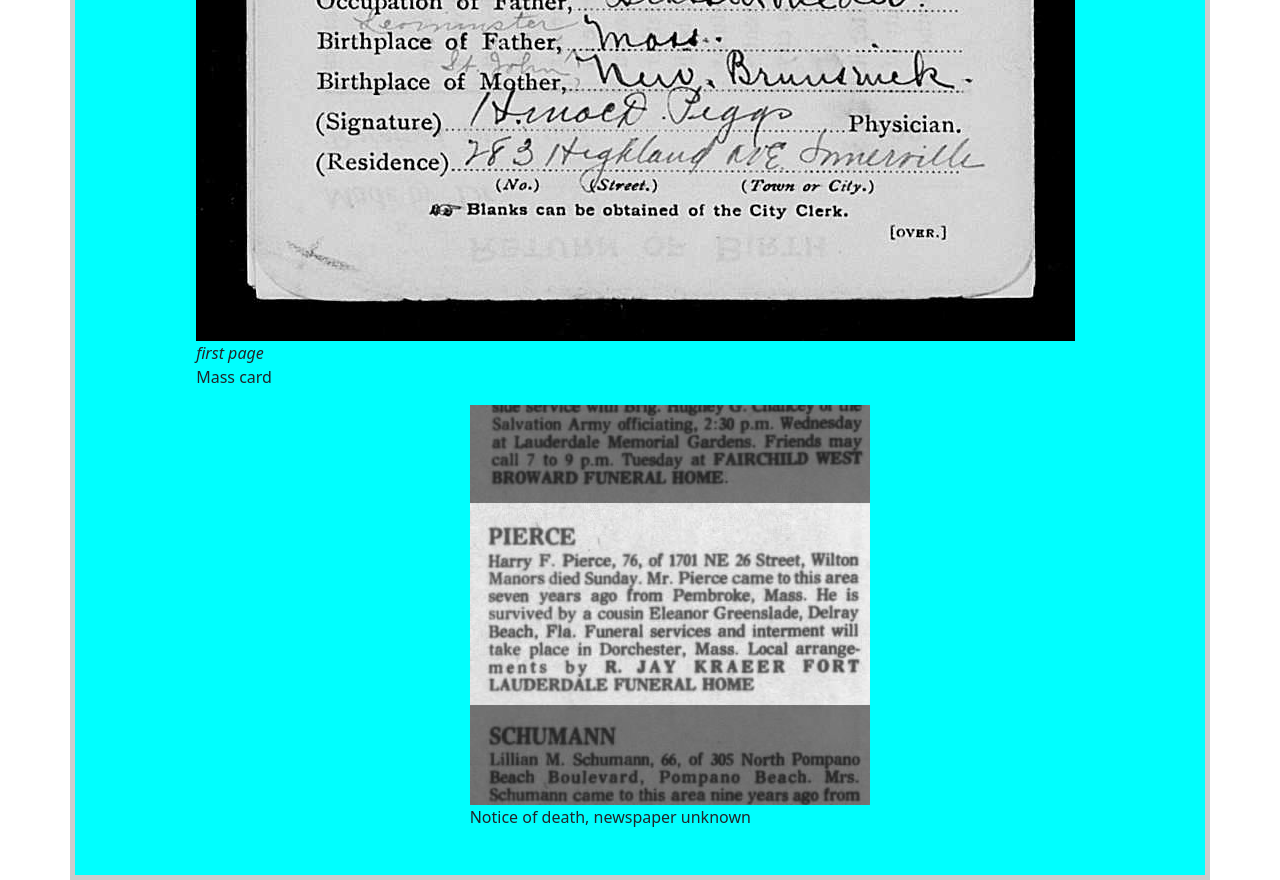
Repository: George2916/GreensladeFamilyTree
Page: photoDocsHarryFrederickPierce.html
The author's editor kept a record of every edit. The page is drawn from the files as they stood at one moment, then again after the next edit.
The browser window is 1280 px wide. The pictures show the part of the page from y = 1124 to 2076 px (the page is 2004 px tall before and 2076 px after).
A picture or video elsewhere on the page could not be fetched, so the positions and the page height are approximate.

Above is the page before.

### photoDocsHarryFrederickPierce.html
<!doctype html>
<html lang="en">
<head>

    <meta charset="utf-8">
    <meta http-equiv="X-UA-Compatible" content="IE-edge">
    <meta name="viewport" content="width=device-width, initial-scale=1">
    <!--[if lt IE 9]
        <script src="https://oss.maxcdn.com/html5shiv/3.7.2/html5shiv.min.js"></script>
        <script src="https://oss.maxcdn.com/respond/1.4.2/respond.min.js"></script>
    <![endif]-->

    <link rel="stylesheet" type="text/css" href="css/bootstrap.css">
    <link rel="stylesheet" type="text/css" href="css/myStyle.css">

<title>Harry Frederick Pierce - Documents</title>

</head>
<body>

<div class="container background">

    <div class="row">

        <div class="col-1" >
        </div>

        <div class="col-10">
            <h6 id="headingZZZ">Harry Frederick Pierce</h6>
        </div>

  		<div class="col-1">
  		    <button onclick="goingBack()" id="btn-ZZZ"><!--&times; &#10006;-->&#x2715;</button>
        </div>

    </div>

    <div class="row"><!--first row-->

        <div class="col-12 col-md-4">
        </div>

        <div class="col-12 col-md-5">
            <img class="img-fluid" src="images/.jpg">
            <p>Birth certificate<br></p>
        </div>

        <div class="col-12 col-md-3">
        </div>

    </div><!--closes first row-->

    <div class="row" id="HFP(2)"><!--second row-->

        <div class="col-12 col-md-1">
        </div>

        <div class="col-12 col-md-10">
            <div id="p1of2" onclick="twoPageFirstFlip()">
                <img class="img-fluid hover" src="images/birthCertHarryFrederickPierce(1A).jpg">
                 <p><i>first page</i><br>Mass card<p>
            </div>

            <div class="pic-back" id="p2of2" onclick="twoPageUnflip()">
                <img class="img-fluid hover" src="images/birthCertHarryFrederickPierce(1B).jpg">
                <p><i>back</i><p>
            </div>

        </div><!--closes .col-12 col-md-10-->

        <div class="col-12 col-md-1">
        </div>

    </div><!--closes second row-->

    <div class="row" id="HFP(2)"><!--second row-->

        <div class="col-12 col-md-4">
        </div>

        <div class="col-12 col-md-5">
            <img class="img-fluid" src="images/deathNoticeHarryFrederickPierce.jpg">
            <p>Notice of death, newspaper unknown</p>
        </div>

        <div class="col-12 col-md-3">
        </div>

    </div><!--closes second row-->

</div> <!--closes container-->

<script src="js/bootstrap.js"></script>
<script src="js/myJavascript.js"></script>

</body>
</html>

### css/myStyle.css
/*STYLING FOR INDEX.HTML*/

.tree {width: 44500px;}

.George1 {
	background: #00FFFF;
	border: 1px solid #ccc;
	border-radius: 5px;
	-webkit-border-radius: 5px;
	-moz-border-radius: 5px;
	-o-border-radius: 5px;
	color: #666;
	display: inline-block;
	font-family: arial, verdana, tahoma;
	font-size: 11px;
	height: 50px;
	margin-right: -4px;
	text-decoration: none;
	vertical-align: text-bottom;
	width: 180px;
}

.George1 p {text-align: center;}

.George2 {
	background: white;
	display: inline-block;
	font-family: arial, verdana, tahoma;
	font-size: 11px;
	height: 50px;
	margin-right: -4px;
	text-align: center;
	vertical-align: text-bottom;
	width: 180px;
}

.George2 svg {overflow: visible;}

.George3::after {
	content: '';
    position: relative;
    top: 50%;
    border-top: 3px dashed lightblue;
    display: block;
}

.George4 {
	background: white;
	border: 1px solid white;
	color: blue;
	display: inline-block;
	font-family: arial, verdana, tahoma;
	font-size: 13px;
	height: 50px;
	margin-right: -4px;
	padding: 15px;
	text-align: center;
	vertical-align: text-bottom;
	width: 180px;
}

.George5 {position: relative;}

.sticky {
	position: sticky;
	left:0;
	z-index:10;
}

.divorceSign {
	font-size: 225%;
	letter-spacing: -5.5px;
	line-height: 110%;
}

.marriageSign {
	font-size: 225%;
	letter-spacing: -6px;
	line-height: 110%;
}

.marriageSignELKnight {
	font-size: 225%;
	letter-spacing: -6px;
	line-height: 50%;
	padding-bottom: 20px;
}

/*the next 5 divs create the lines to the left and right of GAG, born 1864 and GG, born about 1833*/

.lineGAG1 {
  width: 60px;
  background: #ccc;
  height: 2px;
  display: inline-block;
  margin-bottom: 2.5px;
}

.pointGAG1 {
  width: 0;
  height: 0;
  border-top: 5px solid transparent;
  border-bottom: 5px solid transparent;
  border-left: 10px solid #ccc;
  display: inline-block;
  margin-bottom: -1px;
  margin-right: -4px;
  transform: rotate(180deg);
  -moz-transform: rotate(180deg);
  -o-transform: rotate(180deg);
  -webkit-transform: rotate(180deg);
}

.marriageGAG{
	display: inline-block;
	margin-top: 22px;
}

.lineGAG2 {
  width: 60px;
  background: #ccc;
  height: 2px;
  display: inline-block;
  margin-bottom: 2.5px;
  margin-right: -4px;
}

.pointGAG2 {
  width: 0;
  height: 0;
  border-top: 5px solid transparent;
  border-bottom: 5px solid transparent;
  border-left: 10px solid #ccc;
  display: inline-block;
  margin-bottom: -1px;
}

.upperRight a {
	position: absolute;
	bottom: 102.5%;
	color: #666;
	text-decoration: none;
}

.upperRightArrow {font-size: 125%;}

.docLink {
	color: black;
	text-decoration: none;
}

.docLink:hover {
	color: black;
	font-weight: 500;
	text-decoration: none;
}

.progenyLink {
	color: #666;
	text-decoration: none;
}

/*moreInfoZero used for people with neither birth nor death date, moreInfoOne used for people with one or the other, moreInfoTwo used for people with both*/

.moreInfoZero a {
	position: relative;
	bottom: -16px;
	left: 1px;
	color: #666;
	text-decoration: none;
	z-index: 2;
}

.moreInfoOne a {
	position: relative;
	bottom: 0;
	left: 1px;
	color: #666;
	text-decoration: none;
	z-index: 2;
}

.moreInfoTwo a {
	position: relative;
	bottom: 16px;
	left: 1px;
	color: #666;
	text-decoration: none;
	z-index: 2;
}

.moreInfoZero a:hover, .moreInfoOne a:hover, .moreInfoTwo a:hover, .progenyLink:hover, .upperRight a:hover, .upperRightKo a:hover, .upperRightWestacott a:hover {
	color: black;
	text-decoration: none;
}

.moreInfoArrow {
	font-size: 125%;
}

/* make text of "More Info" and "Pictures(1)" under George Aflred Greenslade, born 1864 smaller when viewed on smaller devices */

@media only screen and (max-width: 435px) {
  #smallFont {font-size: 95%}
}

/*STYLING FOR KO FAMILY TREE*/

.Ktree {width: 1300px;}

.ko1 {
	background: #FF7034;
	border-radius: 5px;
	-webkit-border-radius: 5px;
	-moz-border-radius: 5px;
	-o-border-radius: 5px;
	font-family: 'Itim', arial, verdana;
	font-size: 18px;
	height: 50px;
	margin: 5px 0px 5px 6px;
	padding-top: 10px;
	text-align: center;
	width: 906px;
}

.ko2 {width: 180px;}

.upperRightKo a {
	position: absolute;
	bottom: 77.7%;
	color: #666;
	text-decoration: none;
}

.indentKo {
	padding: 150px;
}

/*STYLING FOR DUFFY, LEO GARCIA, SCHNEIDER AND SIDOROFF FAMILY TREES*/

.duffyTree {width: 3900px;}

.LGtree {width: 1350px;}

.SchnTree {width: 945px;}

.stevensTree {width: 2400px;}

/*.duffy1A - 1C are used to create the colors of the Irish flag on Duffy family tree*/

.duffy1A {
	background: #169B62;
	border-radius: 5px 0px 0px 5px;
	-webkit-border-radius: 5px 0px 0px 5px;
	-moz-border-radius: 5px 0px 0px 5px;
	-o-border-radius: 5px 0px 0px 5px;
	display: inline-block;
	height: 71px;
	margin: 25px -185px -25px 850px;
	width: 600px;
	vertical-align: text-bottom;
}

.duffy1B {
	background: #f0ead6;
	display: inline-block;
	font-family: 'Itim', arial, verdana;
	font-size: 18px;
	height: 50px;
	margin: 5px -2px 5px -2px;
	padding-top: 10px;
	text-align: center;
	/* width: 300px; */
	width: 600px;
	vertical-align: text-bottom;
}

.duffy1C {
	background: #FF883E;
	border-radius: 0px 5px 5px 0px;
	-webkit-border-radius: 0px 5px 5px 0px;
	-moz-border-radius: 0px 5px 5px 0px;
	-o-border-radius: 0px 5px 5px 0px;
	display: inline-block;
	height: 71px;
	margin: 5px 0px -25px -5px;
	width: 600px;
	vertical-align: text-bottom;
}

/*.leoGarcia1A - 1C are used to create the colors of the Peruvian flag on the Leo Garcia family tree*/

.leoGarcia1A {
	background: #D91023;
	border-radius: 5px 0px 0px 5px;
	-webkit-border-radius: 5px 0px 0px 5px;
	-moz-border-radius: 5px 0px 0px 5px;
	-o-border-radius: 5px 0px 0px 5px;
	display: inline-block;
	height: 50px;
	margin: 5px -3px 5px 0px;
	width: 420px;
	vertical-align: text-bottom;
}

.leoGarcia1B {
	background: #f0ead6;
	display: inline-block;
	font-family: 'Itim', arial, verdana;
	font-size: 18px;
	height: 50px;
	margin: 5px -1px 5px -1px;
	padding-top: 10px;
	text-align: center;
	width: 420px;
	vertical-align: text-bottom;
}

.leoGarcia1C {
	background: #D91023;
	border-radius: 0px 5px 5px 0px;
	-webkit-border-radius: 0px 5px 5px 0px;
	-moz-border-radius: 0px 5px 5px 0px;
	-o-border-radius: 0px 5px 5px 0px;
	display: inline-block;
	height: 50px;
	margin: 5px 3px 5px -3px;
	width: 420px;
	vertical-align: text-bottom;
}

.sidoroff1 {
	background: #FF7034;
	border-radius: 5px;
	-webkit-border-radius: 5px;
	-moz-border-radius: 5px;
	-o-border-radius: 5px;
	font-family: 'Itim', arial, verdana;
	font-size: 18px;
	height: 50px;
	margin: 5px 0px 5px 0;
	padding-top: 10px;
	text-align: center;
	width: 1084px;
}

.stevens1 {
	background: #FF7034;
	border-radius: 5px;
	-webkit-border-radius: 5px;
	-moz-border-radius: 5px;
	-o-border-radius: 5px;
	font-family: 'Itim', arial, verdana;
	font-size: 18px;
	height: 50px;
	margin: 5px 0px 5px 720px;
	padding-top: 10px;
	text-align: center;
	width: 904px;
}

/* STYLING FOR MORRISON FAMILY TREE*/

.Mtree {width: 9400px;}

.morrison1 {
	background: #FF7034;
	border-radius: 5px;
	-webkit-border-radius: 5px;
	-moz-border-radius: 5px;
	-o-border-radius: 5px;
	font-family: 'Itim', arial, verdana;
	font-size: 18px;
	height: 50px;
	margin: 5px 0px 5px 2345px;
	padding-top: 15px;
	text-align: center;
	width: 1442px;
}

.indentElizabethLillianKnightDocs {padding-left: 250px;}

/*STYLING FOR WESTACOTT FAMILY TREE*/

.westacott1 {
	background: #FF7034;
	border-radius: 5px;
	-webkit-border-radius: 5px;
	-moz-border-radius: 5px;
	-o-border-radius: 5px;
	font-family: 'Itim', arial, verdana;
	font-size: 18px;
	height: 50px;
	margin: 5px 0px 5px 192px;
	padding-top: 10px;
	text-align: center;
	width: 540px;
}

.upperRightWestacott a {
	position: absolute;
	bottom: 61.5%;
	color: #666;
	text-decoration: none;
}

/*STYLING FOR MODALS*/

.modal-Info > div 	{
  	padding: 0px 20px 0px 20px;
	border: 2px solid #ccc;
	border-radius: 10px;
	-webkit-border-radius: 10px;
	-moz-border-radius: 10px;
	-o-border-radius: 10px;
	background: linear-gradient(#00FFFF, #ccfff2);
	background: -moz-linear-gradient(#00FFFF, #ccfff2);
	background: -webkit-linear-gradient(#00FFFF, #ccfff2);
	background: -o-linear-gradient(#00FFFF, #ccfff2);
 }

@media only screen and (max-width: 500px) {
   #shakespeareQuotes, #poem1, #poem2  {
    font-size: 70%;
  }
}

@media only screen and (max-width: 575px) and (min-width: 501px){
   #shakespeareQuotes, #poem1, #poem2  {
    font-size: 80%;
  }
}

.modal-Photo > div {margin: 10% auto;
 	padding: 5px 20px 13px 20px;
	border: 2px solid #ccc;
	border-radius: 10px;
	-webkit-border-radius: 10px;
	-moz-border-radius: 10px;
	-o-border-radius: 10px;
	background: #00FFFF;
}

.borderBottomModalPhoto {
	border-bottom: 2px solid #0080ff;
}

.modal-header {border-bottom: 2px solid #0080ff;}

.close {
	color: #000;
	font-family: arial, verdana, tahoma;
	font-size: 140%;
	opacity: 0.5;
	position: absolute;
	right: 12px;
	top: 25px;
	text-decoration: none;
	width: 36px;
}

/*modals with tabs*/

.btn-close:focus {
	box-shadow: none;
}

.tabHeading {
	color: #000000 !important;
	/* important is need for color because iphones default color is light blue*/
	border-radius: 100px;
	-webkit-border-radius: 100px;
	-moz-border-radius: 100px;
	-o-border-radius: 100px;
	outline: none !important;
    border: none !important;
	background: #0080ff;
	height: 40px;
	margin: 4px 0px;
	width: 100px;
}

.tabHeading:hover {
	cursor: grab;
	font-weight: 900;
}

.highlightedTab {background: #0000ff;
	border-radius: 100px;
	-webkit-border-radius: 100px;
	-moz-border-radius: 100px;
	-o-border-radius: 100px;
	font-weight: 700;
}

.highlightedTab:focus {
	outline: none !important;
    border: none !important;
}

/*STYLING FOR PHOTO[NAME].HTML AND PHOTODOCS[NAME].HTML */

@media only screen and (max-width: 576px) {
  .col-12 > p, .col-12 > div > p, .carousel-item > p  {font-size: 85%}
}

.img-responsive {
	max-width: 100%;
	height: auto;
	display: block;
}

.borderBottom {border-bottom: 8px solid #ccc;}

.pic-back {display: none;}

.background {background: #00FFFF;
	border: 5px solid #ccc;
	padding: 30px;
}

.center {text-align: center;}

.hover:hover {
	cursor: grab;
}

.heading {
	font-family: arial, verdana, tahoma;
	text-align: center;
}

/*the next 6 items create the styling for the button at the top of photo[name].html, photoDocs[name].html and carouselGeorgeAlfredGreensladeII.html*/

#headingZZZ {
	font-family: arial, verdana, tahoma;
	padding-top: 5px;
 	text-align: center;
}

#btn-ZZZ {
 	background: #00FFFF;
	border-style: hidden;
	color: #000;
	font-family: arial, verdana, tahoma;
	font-size: 140%;
	opacity: 0.5;
}

#btn-AAA {
	background: #9B533B;
	border-style: hidden;
	color: #000;
	font-family: arial, verdana, tahoma;
	font-size: 140%;
	opacity: 0.5;
}

#btn-ZZZ:hover {
	cursor: grab;
	opacity: 1.0;
}

#btn-AAA:hover {
	background: #00FFFF;
	cursor: grab;
	opacity: 1.0;
}

@media only screen and (max-width: 575px) {
   #headingZZZ {
    font-size: 85%;
  }

  #btn-ZZZ, #btn-AAA:hover {
  	font-size: 100%;}
}

/* STYLING FOR photoRichardGreenslade.html */

.noDisplay {
	visibility: hidden;
}

/*STYLING FOR photoWayneKnight.html*/

@media only screen and (min-device-width: 300px) {
  .wayneKnightPhoto {
    height: 170px;
    width: auto;
  }
}

@media only screen and (min-device-width: 350px) {
  .wayneKnightPhoto {
    height: 200px;
    width: auto;
  }
}

@media only screen and (min-device-width: 440px) {
  .wayneKnightPhoto {
    height: 260px;
    width: auto;
  }
}

@media only screen and (min-device-width: 500px) {
  .wayneKnightPhoto {
    height: 290px;
    width: auto;
  }
}

@media only screen and (min-device-width: 576px) {
  .wayneKnightPhoto {
    height: 320px;
    width: auto;
  }
}

@media only screen and (min-device-width: 768px) {
  .wayneKnightPhoto {
    height: 190px;
    width: auto;
  }
}

@media only screen and (min-device-width: 992px) {
  .wayneKnightPhoto {
    height: 250px;
    width: auto;
  }
}

@media only screen and (min-device-width: 1200px) {
  .wayneKnightPhoto {
    height: 320px;
    width: auto;
  }
}

@media only screen and (min-device-width: 1400px) {
  .wayneKnightPhoto {
    height: 350px;
    width: auto;
  }
}

/*STYLING FOR carouselGeorgeGreensladeII.html and photoDocs[name].html for BelleHinks, CarolinaVirginiaGreenslade and GeorgeGreensladeBorn1864*/

@media only screen and (min-width: 992px) {
	.BHcarousel-indicators {
		padding-bottom: 40px;
}
}

@media only screen and (min-width: 350px) {
	.GAGIcarousel-indicators {
		padding-bottom: 90px;
}
}

@media only screen and (min-width: 400px) {
	.GAGIcarousel-indicators {
		padding-bottom: 70px;
}
}

@media only screen and (min-width: 450px) {
	.GAGIcarousel-indicators {
		padding-bottom: 50px;
}
}

@media only screen and (min-width: 500px) {
	.GAGIcarousel-indicators {
		padding-bottom: 40px;
}
}

.carouselContainerGG {
	background: #9B533B;
	border: 4px solid #ccc;
	border-radius: 10px;
	-webkit-border-radius: 10px;
	-moz-border-radius: 10px;
	-o-border-radius: 10px;
}

@media only screen and (max-width: 767px) {
	.carouselGG {
		height: 400px;
		width: 100%;
		object-fit: contain;
}
}

@media only screen and (min-width: 768px) {
	.carouselGG {
		height: 500px;
		width: 100%;
		object-fit: contain;
}
}

@media only screen and (min-width: 992px) {
	.carouselGG {
		height: 700px;
		width: 100%;
		object-fit: contain;
}
}

.d-none {color: #FF7034;}

.carousel-indicators {filter: invert(100%);}

.carousel-control-prev-icon, .carousel-control-next-icon {filter: invert(100%); background-color:red;} /*background-color:red somehow changes the color of the left and righ arrows to something close to #00FFFF*/


.carousel .carousel-indicators button {
   	width: 10px;
  	height: 10px;
  	border-radius: 100%;
  	color: red;
}

/*STYLING FOR NAVBAR*/

.navbar {
	background: #FF7034;
	border-radius: 5px;
	-webkit-border-radius: 5px;
	-moz-border-radius: 5px;
	-o-border-radius: 5px;
	display: inline-block;
	font-family: arial, verdana, tahoma;
	margin: 5px 0px 5px 180px;
	width: 1628px;
}

.navbarDuffy {
	background: #f0ead6;
	border-radius: 5px;
	-webkit-border-radius: 5px;
	-moz-border-radius: 5px;
	-o-border-radius: 5px;
	display: inline-block;
	font-family: arial, verdana, tahoma;
	margin: 5px 0px 25px 180px;
	width: 600px;
}

.navbar-brand {
	font-family: 'Itim', arial, verdana;
}

.nav-item:hover {
	background: #FFB697;
	border-radius: 5px;
	-webkit-border-radius: 5px;
	-moz-border-radius: 5px;
	-o-border-radius: 5px;
}

.dropdown-menu {
	border: 2px solid #ccc;
	border-radius: 10px;
	-webkit-border-radius: 10px;
	-moz-border-radius: 10px;
	-o-border-radius: 10px;
	background: linear-gradient(#00FFFF, #ccfff2);
	background: -moz-linear-gradient(#00FFFF, #ccfff2);
	background: -webkit-linear-gradient(#00FFFF, #ccfff2);
	background: -o-linear-gradient(#00FFFF, #ccfff2);
}

.dropdown-item:hover {
	background: #00FFFF;
	border-radius: 15px;
	-webkit-border-radius: 5px;
	-moz-border-radius: 5px;
	-o-border-radius: 5px;
}

.dropdown-item:active {background-color: #00FFFF;
	color:black;
}
.dropdown-item:visited {background-color: #00FFFF;}

.georgeNB1 {
	display: inline-block;
	height: 50px;
	vertical-align: text-bottom;
	width: 5160px;
}

.indentShakespeare1 {padding-left: 20px;}

.indentShakespeare2 {padding-left: 25px;}

@media only screen and (max-width: 575px) {
   .indentShakespeare1 {
    padding-left: 0;
  }
}


/*STYLING IN SVG IN GREENSLADE FAMILY TREE*/

#thomasAndElizabethGreenslade::after, #georgeAndRhodaGreenslade::after {
	content: 'three \00a0\00a0\00a0 children';
    position: relative;
   	left: 6px;
   	top: -41px;
    color: #666;
    display: block;
}

#georgeAndMatildaGreenslade::after {
	content: 'four \00a0\00a0\00a0 children';
    position: relative;
   	left: 9px;
   	top: -41px;
    color: #666;
    display: block;
}

#maudeAndOtisBurnett::after {
	content: 'five \00a0\00a0\00a0 children';
    position: relative;
   	left: 9px;
   	top: -41px;
    color: #666;
    display: block;
}

#johnAndJaneGreenslade::after {
	content: 'nine \00a0\00a0\00a0 children';
    position: relative;
   	left: 9px;
   	top: -41px;
    color: #666;
    display: block;
}

#georgeAndAliceGreenslade::after {
	content: 'eight \00a0\00a0\00a0 children';
    position: relative;
   	left: 7px;
   	top: -41px;
    color: #666;
    display: block;
}

#georgeAndJaneGreenslade::after, #georgeAndEvaGreenslade::after, #elizabethAndFrederickSteer::after {
	content: 'six \00a0\00a0\00a0 children';
    position: relative;
   	left: 12px;
   	top: -41px;
    color: #666;
    display: block;
}

/*STYLING FOR realtionFinderModal AND poesyModal*/

.relationFinderButton {
	display: inline-block;
	vertical-align: text-bottom;
	line-height: 100%;
}

table {
  border-collapse: collapse;
  width: 100%;
}

th {
  border: 2px solid #ccc;
}

td {
	border: 2px solid #ccc;
	font-size: 90%;}

.tableHeading3 {font-size: 90%;
	font-weight: normal;
}
.firstColumn, .secondColumn {vertical-align: text-top;}

.thirdColumn {text-align: center;}

/*STYLING FOR MODALS FOR JOSEPH EUGENE WALSH, JONATHAN EDWARD GREENSLADE, RICHARD MICHAEL SIDOROFF, ANNIE MAY KNIGHT, ALBERT JAYNES MORRISON, JR.*/
/*STYLING FOR PHOTODOCS OF BESSIE GREENSLADE*/

.zoomA, .zoomB, .zoomC, .zoomC-1, .zoomE {margin: 0;}

@media only screen and (min-width: 768px) {

	.zoomA:hover {
		cursor: grab;
	  	transform: scale(2.0);
	  	transform-origin: left top;

	  	width: 600px;
	  	height: auto;
	  	/* ease | ease-in | ease-out | linear */
	 	transition: transform ease-in-out 0.1s;
	}

	.zoomA-1:hover {
		cursor: grab;
	  	transform: scale(1.0);
	  	transform-origin: left top;

	  	width: 600px;
	  	height: auto;
	  	/* ease | ease-in | ease-out | linear */
	 	transition: transform ease-in-out 0.1s;
	}

	.zoomB:hover {
		cursor: grab;
	  	transform: scale(2.5);
	  	transform-origin: left top;

	  	width: 600px;
	  	height: auto;
	  	/* ease | ease-in | ease-out | linear */
	 	transition: transform ease-in-out 0.1s;
	}

	.zoomC:hover {
		cursor: grab;
	  	transform: scale(3.5);
	  	transform-origin: top;

	  	width: 600px;
	  	height: auto;
	  	/* ease | ease-in | ease-out | linear */
	 	transition: transform ease-in-out 0.1s;
	}

	.zoomD:hover {
		cursor: grab;
	  	transform: scale(2.5);
	  	transform-origin: bottom;

	  	width: 600px;
	  	height: auto;
	  	/* ease | ease-in | ease-out | linear */
	 	transition: transform ease-in-out 0.1s;
	}

	.zoomE:hover {
		cursor: grab;
	  	transform: scale(3.5);
	  	transform-origin: left top;

	  	width: 600px;
	  	height: auto;
	  	/* ease | ease-in | ease-out | linear */
	 	transition: transform ease-in-out 0.1s;
	}

}

@media only screen and (max-width: 767px) {

	.zoomC-2 {display: none;}
}

/*STYLING FOR TOOLTIP ON MEAHAL DUFFY*/

.meahal {
	display: inline-block;
}
.meahal a {
	color: #666;
	text-decoration: none;
}

.meahal a:hover {
	color: black;
	text-decoration: none;
}

/*STYLING FOR GAGii MODAL*/

.modalIndent {
	margin-left: 15px;
}

Loaded but not shown: css/bootstrap.css (library); js/bootstrap.js (library); js/myJavascript.js (252 lines, source omitted)

After the next edit:
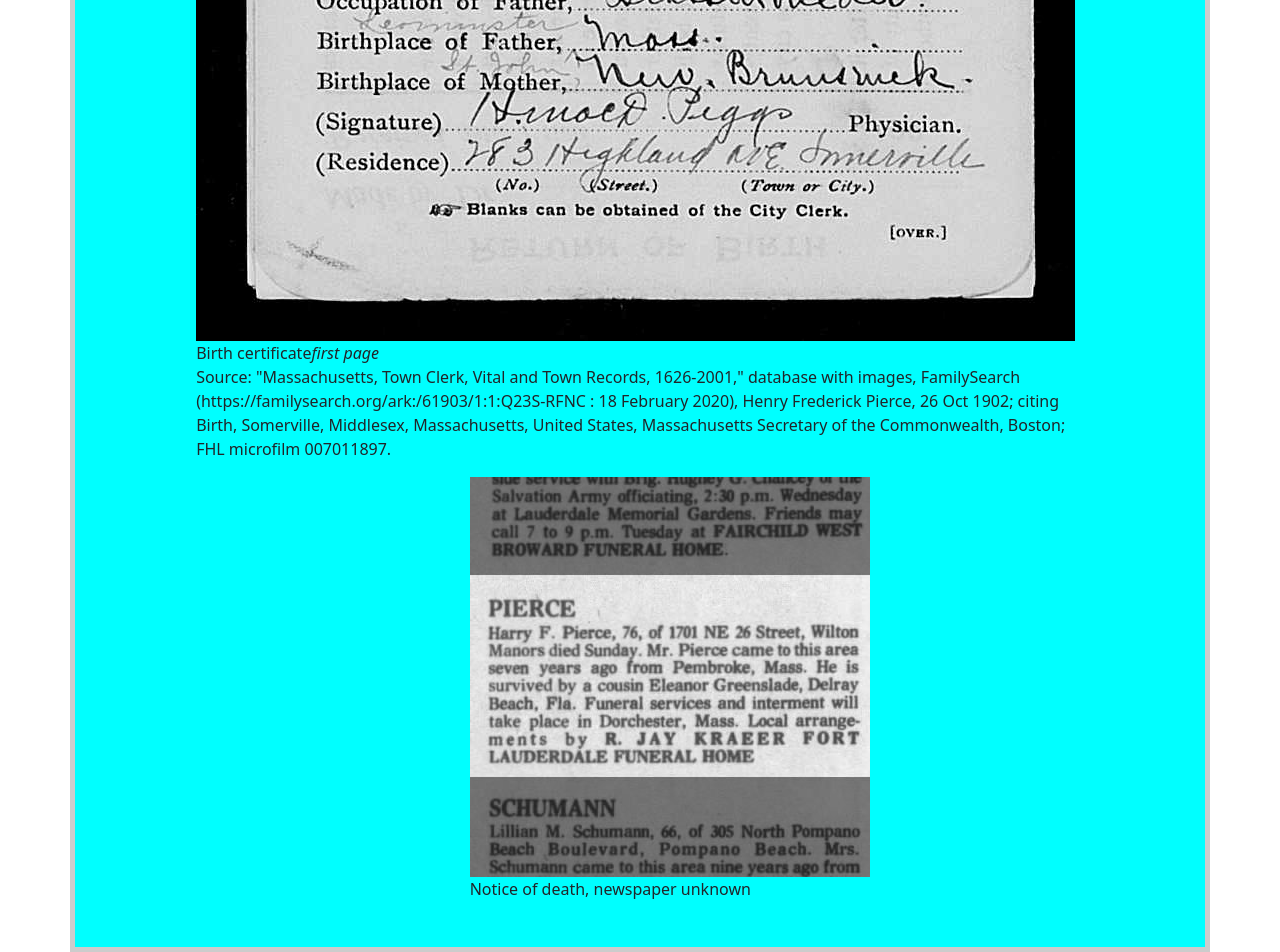
The edit:
--- a/photoDocsHarryFrederickPierce.html
+++ b/photoDocsHarryFrederickPierce.html
@@ -58,7 +58,7 @@
         <div class="col-12 col-md-10">
             <div id="p1of2" onclick="twoPageFirstFlip()">
                 <img class="img-fluid hover" src="images/birthCertHarryFrederickPierce(1A).jpg">
-                 <p><i>first page</i><br>Mass card<p>
+                 <p>Birth certificate<i>first page</i><br>Source: "Massachusetts, Town Clerk, Vital and Town Records, 1626-2001," database with images, FamilySearch (https://familysearch.org/ark:/61903/1:1:Q23S-RFNC : 18 February 2020), Henry Frederick Pierce, 26 Oct 1902; citing Birth, Somerville, Middlesex, Massachusetts, United States, Massachusetts Secretary of the Commonwealth, Boston; FHL microfilm 007011897.<p>
             </div>
 
             <div class="pic-back" id="p2of2" onclick="twoPageUnflip()">
